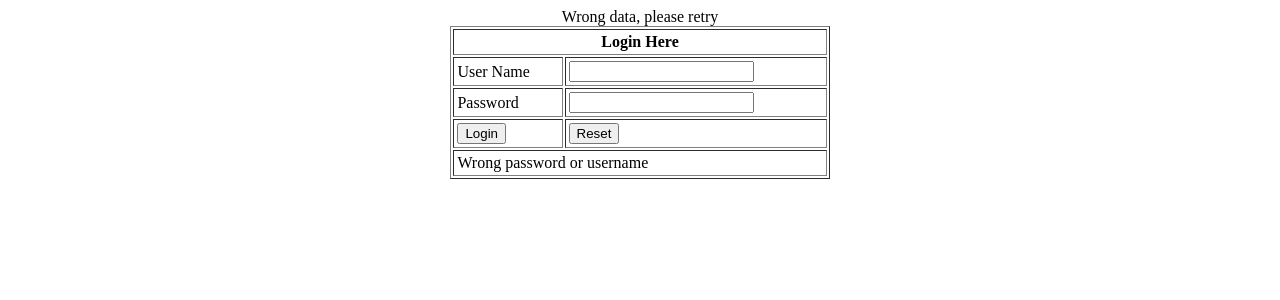
Repository: balu-sadanandan/demo-Shopping-cart-application
Page: http://localhost/shopping-cart/login2.jsp
The author's editor kept a copy of each file at every save. The page is drawn from the files as they stood at one save, then again after the next save.
The browser window is 1280 px wide. The pictures show the whole page.
The page is served by Tomcat 9.

Above is the page before, as saved 2017-09-15 12:42:16.

After the next save:
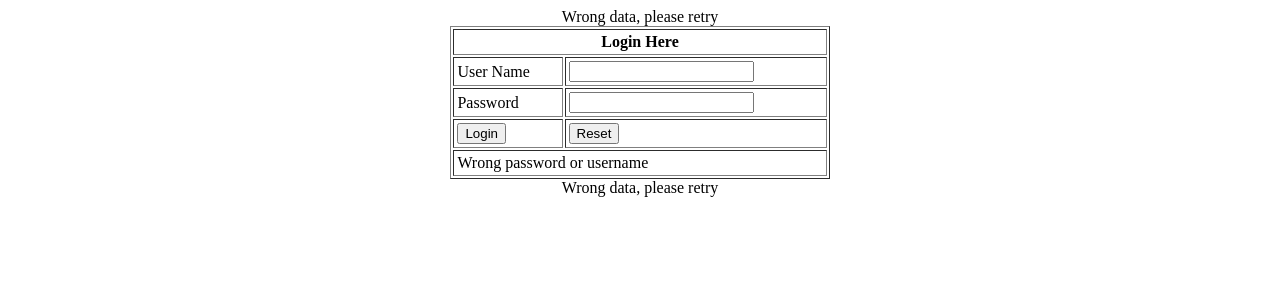
Saved 21 s later.
--- a/shopping-cart/WebContent/login2.jsp
+++ b/shopping-cart/WebContent/login2.jsp
@@ -35,7 +35,7 @@
                     </tr>
                 </tbody>
             </table>
-
+              <td colspan="2">Wrong data, please retry</td>
             </center>
         </form>
     </body>
